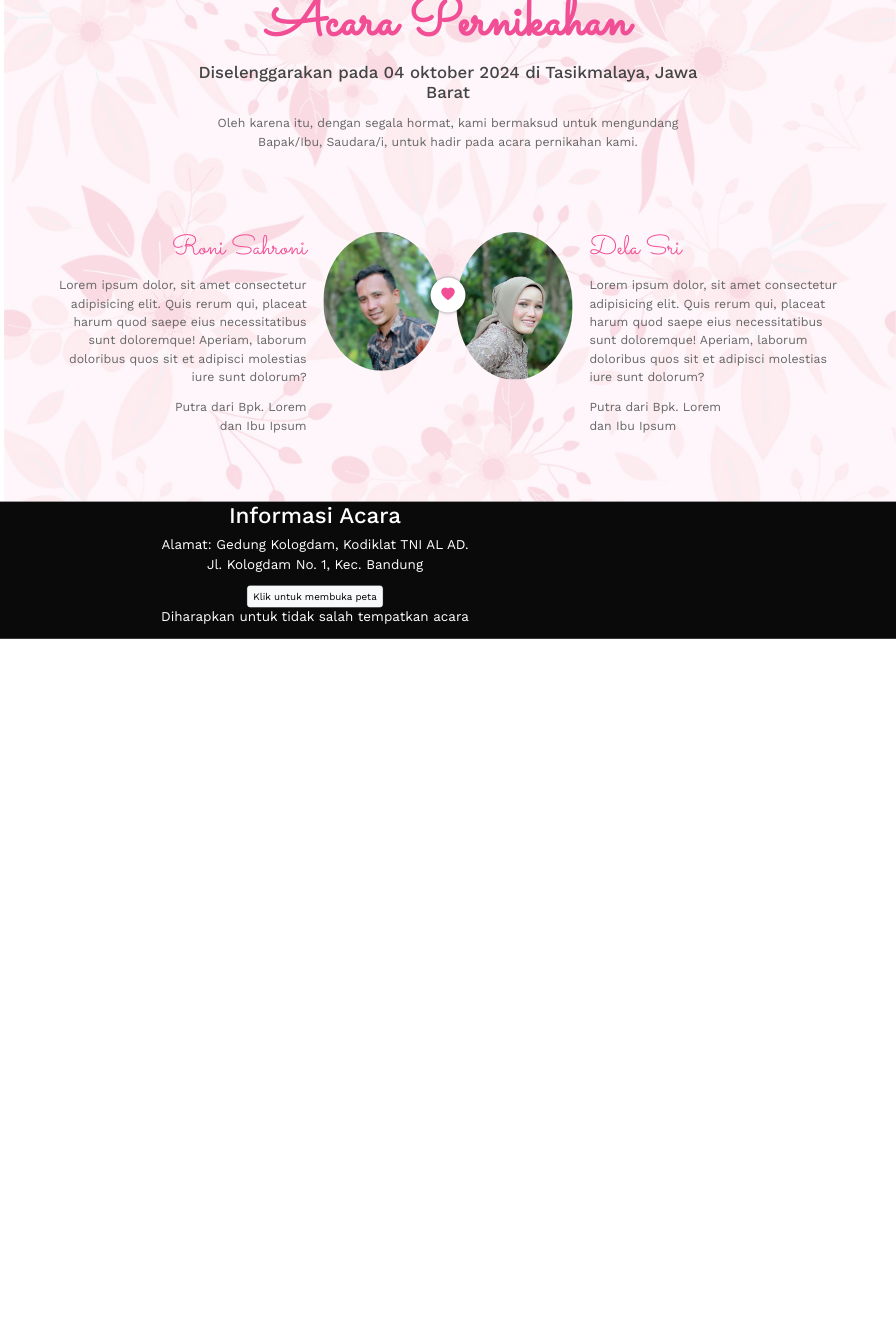
Repository: sellayspy/invitation
Page: index.html
An editor plug-in stored every save of this project. The page is shown before and after the next save, followed by the edit.
The browser window is 1280 px wide. The pictures show the part of the page from y = 982 to 2902 px (the page is 4000 px tall), at 70% of full size.

Above is the page before, as saved 2024-07-08 16:39:11.

### index.html
<!DOCTYPE html>
<html lang="en">
  <head>
    <meta charset="utf-8" />
    <meta name="viewport" content="width=device-width, initial-scale=1" />
    <title>Dela & Roni</title>
    <link
      href="https://cdn.jsdelivr.net/npm/bootstrap@5.3.3/dist/css/bootstrap.min.css"
      rel="stylesheet"
      integrity="sha384-QWTKZyjpPEjISv5WaRU9OFeRpok6YctnYmDr5pNlyT2bRjXh0JMhjY6hW+ALEwIH"
      crossorigin="anonymous"
    />
    <link rel="preconnect" href="https://fonts.googleapis.com" />
    <link rel="preconnect" href="https://fonts.gstatic.com" crossorigin />
    <link
      href="https://fonts.googleapis.com/css2?family=Sacramento&family=Work+Sans:ital,wght@0,100..900;1,100..900&display=swap"
      rel="stylesheet"
    />

    <!--Simple Coutdown-->
    <link rel="stylesheet" href="coutdown/simplyCountdown.theme.default.css" />
    <script src="coutdown/simplyCountdown.min.js"></script>

    <!--Custom CSS Icon-->
    <link rel="stylesheet" href="https://cdn.jsdelivr.net/npm/bootstrap-icons@1.11.3/font/bootstrap-icons.min.css">

    <link rel="stylesheet" href="style.css" />
  </head>
  <body>
    <section
      id="hero"
      class="hero w-100 h-100 p-3 mx-auto text-center d-flex justify-content-center align-items-center text-white"
    >
      <main>
        <h4>Kepada Bapak/Ibu/Saudara/i,</h4>
        <h1>Dela Sri & Roni</h1>
        <p>Akan melangsungkan resepsi pernikahan dalam:</p>
        <div class="simply-countdown"></div>
        <a href="#undangan" class="btn btn-lg mt-4">Lihat Undangan</a>
      </main>
    </section>

    <nav class="navbar navbar-expand-md bg-transparent sticky-top mynavbar">
      <div class="container">
        <a class="navbar-brand" href="#">Spy</a>
        <button
          class="navbar-toggler border-0"
          type="button"
          data-bs-toggle="offcanvas"
          data-bs-target="#offcanvasNavbar"
          aria-controls="offcanvasNavbar"
          aria-label="Toggle navigation"
        >
          <span class="navbar-toggler-icon"></span>
        </button>
        <div
          class="offcanvas offcanvas-end"
          tabindex="-1"
          id="offcanvasNavbar"
          aria-labelledby="offcanvasNavbarLabel"
        >
          <div class="offcanvas-header">
            <h5 class="offcanvas-title" id="offcanvasNavbarLabel">Spy</h5>
            <button
              type="button"
              class="btn-close"
              data-bs-dismiss="offcanvas"
              aria-label="Close"
            ></button>
          </div>
          <div class="offcanvas-body">
            <div class="navbar-nav ms-auto">
              <a class="nav-link" href="#home">Home</a>
              <a class="nav-link" href="#info">Info</a>
              <a class="nav-link" href="#story">Story</a>
              <a class="nav-link" href="#gallery">Gallery</a>
              <a class="nav-link" href="#rsvp">RSVP</a>
              <a class="nav-link" href="#gift">Gifts</a>
            </div>
          </div>
        </div>
      </div>
    </nav>

    <section id="home" class="home">
      <div class="container">
        <div class="row justify-content-center">
          <div class="col-md-8 text-center">
            <h2>Acara Pernikahan</h2>
            <h3>
              Diselenggarakan pada 04 oktober 2024 di Tasikmalaya, Jawa Barat
            </h3>
            <p>
              Oleh karena itu, dengan segala hormat, kami bermaksud untuk
              mengundang Bapak/Ibu, Saudara/i, untuk hadir pada acara pernikahan
              kami.
            </p>
          </div>
        </div>

        <div class="row couple">
          <div class="col-lg-6">
            <div class="row">
              <div class="col-8 text-end">
                <h3>Roni Sahroni</h3>
                <p>
                  Lorem ipsum dolor, sit amet consectetur adipisicing elit. Quis
                  rerum qui, placeat harum quod saepe eius necessitatibus sunt
                  doloremque! Aperiam, laborum doloribus quos sit et adipisci
                  molestias iure sunt dolorum?
                </p>
                <p>
                  Putra dari Bpk. Lorem <br />
                  dan Ibu Ipsum
                </p>
              </div>
              <div class="col-4">
                <img
                  src="img/Desain tanpa judul (1).jpg"
                  alt="Roni Sahroni"
                  class="img-responsive rounded-circle"
                />
              </div>
            </div>
          </div>

          <span class="heart"><i class="bi bi-heart-fill"></i></span>

          <div class="col-lg-6">
            <div class="row">
              <div class="col-4">
                <img
                  src="img/Desain tanpa judul (2).jpg"
                  alt="Dela Sri"
                  class="img-responsive rounded-circle"
                />
              </div>
              <div class="col-8">
                <h3>Dela Sri</h3>
                </h3>
                <p>
                  Lorem ipsum dolor, sit amet consectetur adipisicing elit. Quis
                  rerum qui, placeat harum quod saepe eius necessitatibus sunt
                  doloremque! Aperiam, laborum doloribus quos sit et adipisci
                  molestias iure sunt dolorum?
                </p>
                <p>
                  Putra dari Bpk. Lorem <br />
                  dan Ibu Ipsum
                </p>
              </div>
            </div>
          </div>
        </div>
      </div>
    </section>

    <section id="info" class="info">
      <div class="container">
        <div class="row">
          <div class="col-md-8 col-10 text-center">
            <h2>Informasi Acara</h2>
            <p class="alamat">Alamat: Gedung Kologdam, Kodiklat TNI AL AD. <br> Jl. Kologdam No. 1, Kec. Bandung</p>
            <a href="https://maps.app.goo.gl/j2RVmCKoAZy6CYFM9" target="_blank" class="btn btn-light btn-sm">Klik untuk membuka peta</a>
            <p class="description">Diharapkan untuk tidak salah tempatkan acara</p>
          </div>
        </div>
      </div>
    </section>

    <script
      src="https://cdn.jsdelivr.net/npm/bootstrap@5.3.3/dist/js/bootstrap.bundle.min.js"
      integrity="sha384-YvpcrYf0tY3lHB60NNkmXc5s9fDVZLESaAA55NDzOxhy9GkcIdslK1eN7N6jIeHz"
      crossorigin="anonymous"
    ></script>

    <script>
      simplyCountdown(".simply-countdown", {
        year: 2024, // required
        month: 10, // required
        day: 4, // required
        hours: 8, // Default is 0 [0-23] integer
        words: {
          //words displayed into the countdown
          days: { singular: "hari", plural: "hari" },
          hours: { singular: "jam", plural: "jam" },
          minutes: { singular: "menit", plural: "menit" },
          seconds: { singular: "detik", plural: "detik" },
        },
      });
    </script>
  </body>
</html>

### coutdown/simplyCountdown.theme.default.css
.simply-countdown {
  overflow: hidden;
  display: table;
  font-family: "Arial", sans-serif;
  margin: auto;
}
.simply-countdown > .simply-section {
  width: 50px;
  height: 50px;
  padding: 80px;
  display: flex;
  align-items: center;
  justify-content: center;
  float: left;
  margin: 10px;
  background: var(--pink);
  box-shadow: 0 1px 3px rgba(0, 0, 0, 0.12), 0 1px 2px rgba(0, 0, 0, 0.24);
  border-radius: 50%;
}
.simply-countdown > .simply-section .simply-amount,
.simply-countdown > .simply-section .simply-word {
  display: block;
  text-align: center;
}
.simply-countdown > .simply-section .simply-amount {
  font-size: 1.6rem;
}

### style.css
:root {
  --pink: #f14e95;

  --bg: #0a0a0a;

  --shadow: 0 2px 2px rgb(0 0 0/ 0.5);
}

body {
  font-size: 1.2rem;
  font-family: "Work Sans", sans-serif;
  min-height: 4000px;
}

.hero::before {
  content: "";
  position: absolute;
  top: 0;
  left: 0;
  height: 100%;
  width: 100%;
  background-image: url(img/gambar-1.jpg);
  background-size: cover;
  background-position: center;
  z-index: -1;
  filter: blur(1px);
}

.hero {
  position: relative;
  min-height: 100vh;
}

.hero h1,
.hero h4,
.hero p {
  text-shadow: var(--shadow);
}

.hero h1 {
  font-family: "Sacramento", cursive;
  font-size: 6rem;
}

.hero h4 {
  font-size: 1.6rem;
}

.hero p {
  font-size: 1.4rem;
}

.hero a {
  color: var(--pink);

  background-color: white;

  box-shadow: var(--shadow);
}

.hero a:hover {
  background-color: var(--pink);
  color: white;
}

.mynavbar {
  background-color: rgba(255, 255, 255, 0.4) !important;
  backdrop-filter: blur(4px);
}

.mynavbar .offcanvas {
  height: 100vh;
}

.mynavbar .navbar-brand,
.mynavbar .offcanvas-title {
  font-family: "Sacramento", cursive;
  font-size: 3.2rem;
  font-weight: bold;
}

.mynavbar .nav-link {
  text-transform: uppercase;
}

.home {
  background-image: url(img/Desain\ tanpa\ judul.png);
  background-size: cover;
  min-height: 100vh;
  margin-top: -6rem;
  padding-top: 15rem;
  padding-bottom: 5rem;
}

.home h2 {
  color: var(--pink);
  font-family: "Sacramento", cursive;
  font-size: 5rem;
  font-weight: bold;
}

.home h3 {
  color: #444;
  font-size: 1.5rem;
  margin-bottom: 1rem;
}

.home p {
  font-size: 1.1rem;
  color: #666;
}

.home .couple {
  margin-top: 100px;
}

.home .couple h3 {
  font-family: "Sacramento";
  font-size: 2.4rem;
  color: var(--pink);
}

.home .couple img {
  width: 100%;
}

.home .heart {
  width: 50px;
  height: 50px;
  background-color: white;
  display: flex;
  border-radius: 50%;
  box-shadow: 0 0 5px rgba(0, 0, 0, 0.5);
  position: absolute;
  left: 50%;
  transform: translateX(-50%) translateY(65px);
}

.home .heart i {
  margin: auto;
  color: var(--pink);
}

.info {
  background-color: var(--bg);
  color: white;
  padding-top: ;
}

/* Media Query */

/* Extra large devices (large laptops and desktops, 1200px and up) */

@media (max-width: 1200px) {
  .home .heart {
    transform: translateX(-50%) translateY(45px);
  }
}

/* Laptop */
@media (max-width: 992px) {
  html {
    font-size: 75%;
  }
  .simply-countdown > .simply-section {
    padding: 70px;
  }

  .home .heart {
    display: none;
  }
}

/* Tablet */
@media (max-width: 768px) {
  html {
    font-size: 65%;
  }
  .simply-countdown > .simply-section {
    padding: 60px;
    margin: 5px;
  }

  .mynavbar .nav-link {
    font-size: 2rem;
    text-align: center;
  }
}

/* mobile phone */
@media (max-width: 576px) {
  html {
    font-size: 55%;
  }
  .simply-countdown > .simply-section {
    padding: 45px;
    margin: 3px;
  }
}

Loaded but not shown: coutdown/simplyCountdown.min.js (library)

After the next save:
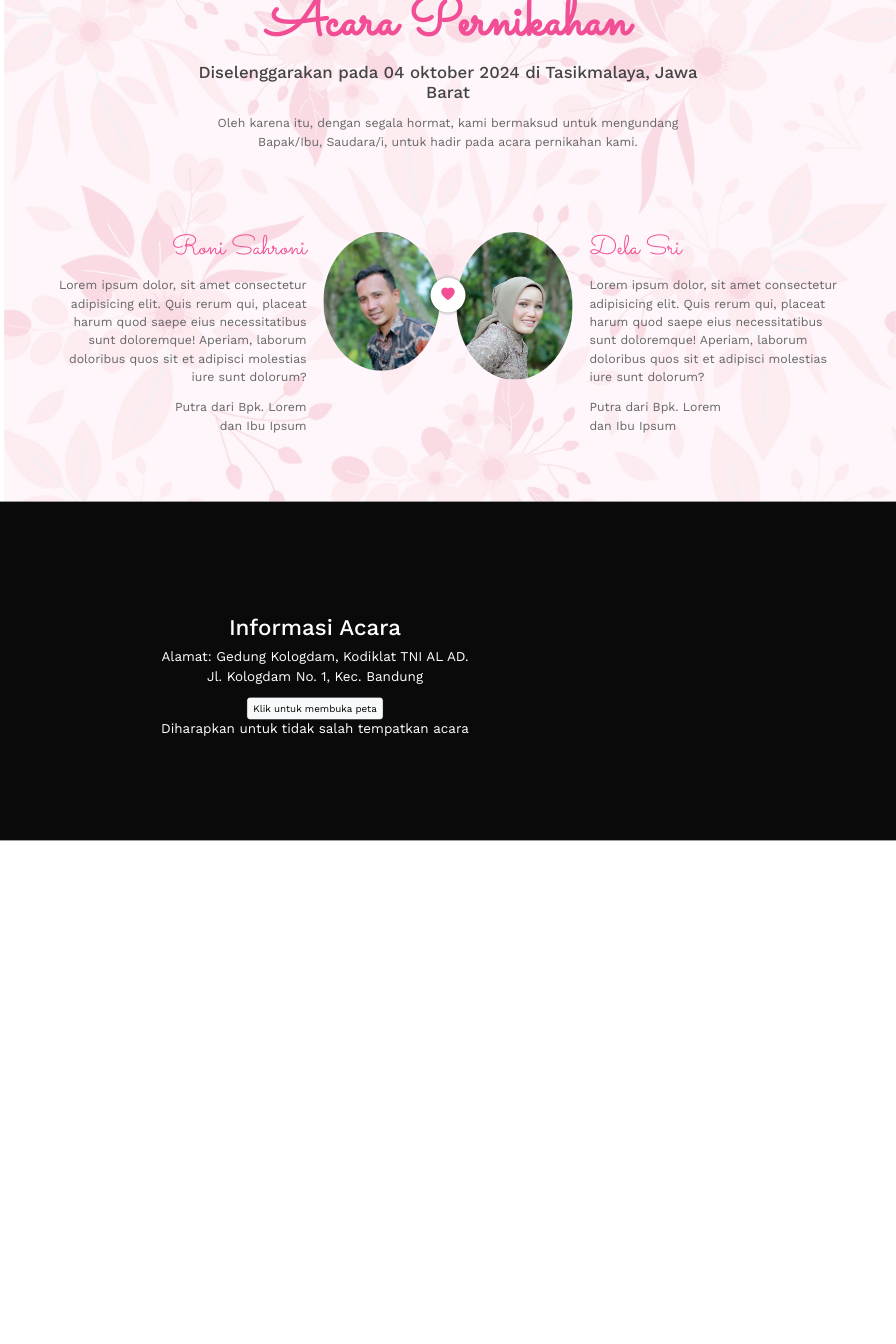
Saved 24 s later.
--- a/style.css
+++ b/style.css
@@ -144,7 +144,8 @@ body {
 .info {
   background-color: var(--bg);
   color: white;
-  padding-top: ;
+  padding-top: 10rem;
+  padding-bottom: 8rem;
 }
 
 /* Media Query */
